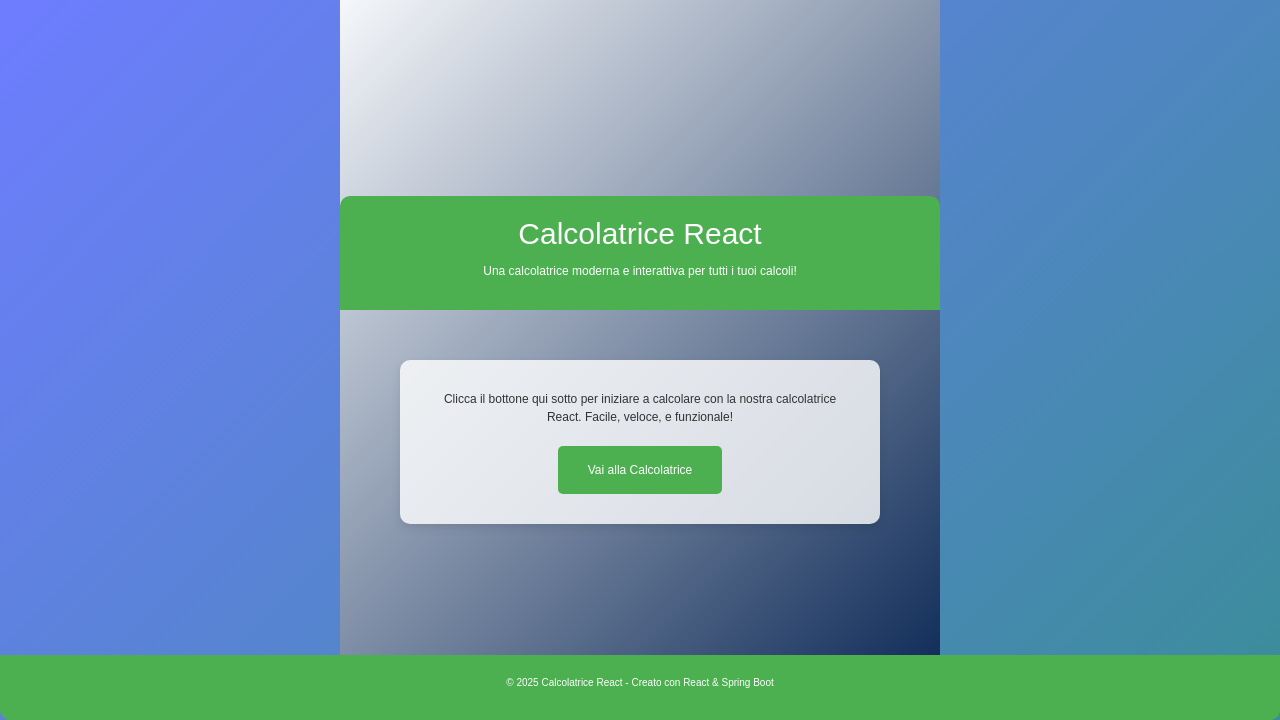
Repository: Probyte5D/Calcolatrice-FullStack
Page: / (app in frontend/)
An editor plug-in stored every save of this project. The page is shown before and after the next save, followed by the edit.
The browser window is 1280 px wide. The pictures show the whole page.
The project was rebuilt for these pictures with package versions that can differ from the ones it lists, and the page was loaded fresh each time. Also part of the build but not shown: frontend/src/App.css, frontend/src/components/Calculator.js.

Above is the page before, as saved 2025-04-19 17:16:24.

After the next save:
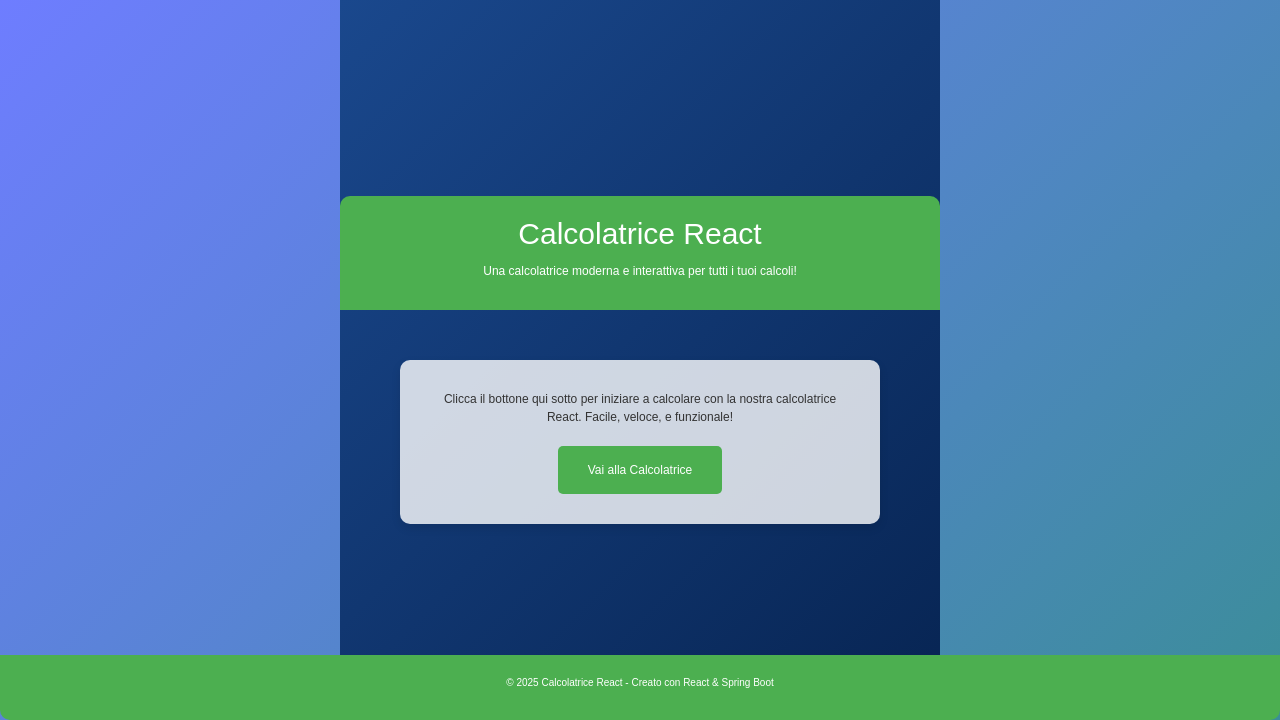
Saved 5 s later.
--- a/frontend/src/components/HomePage.css
+++ b/frontend/src/components/HomePage.css
@@ -3,7 +3,7 @@
 /* Impostazioni di base */
 .home-page {
   font-family: 'Arial', sans-serif;
-  background: linear-gradient(135deg, #f5f7fa, #072452);
+  background: linear-gradient(135deg, #1a488d, #072452);
   min-height: 100vh;
   display: flex;
   flex-direction: column;
